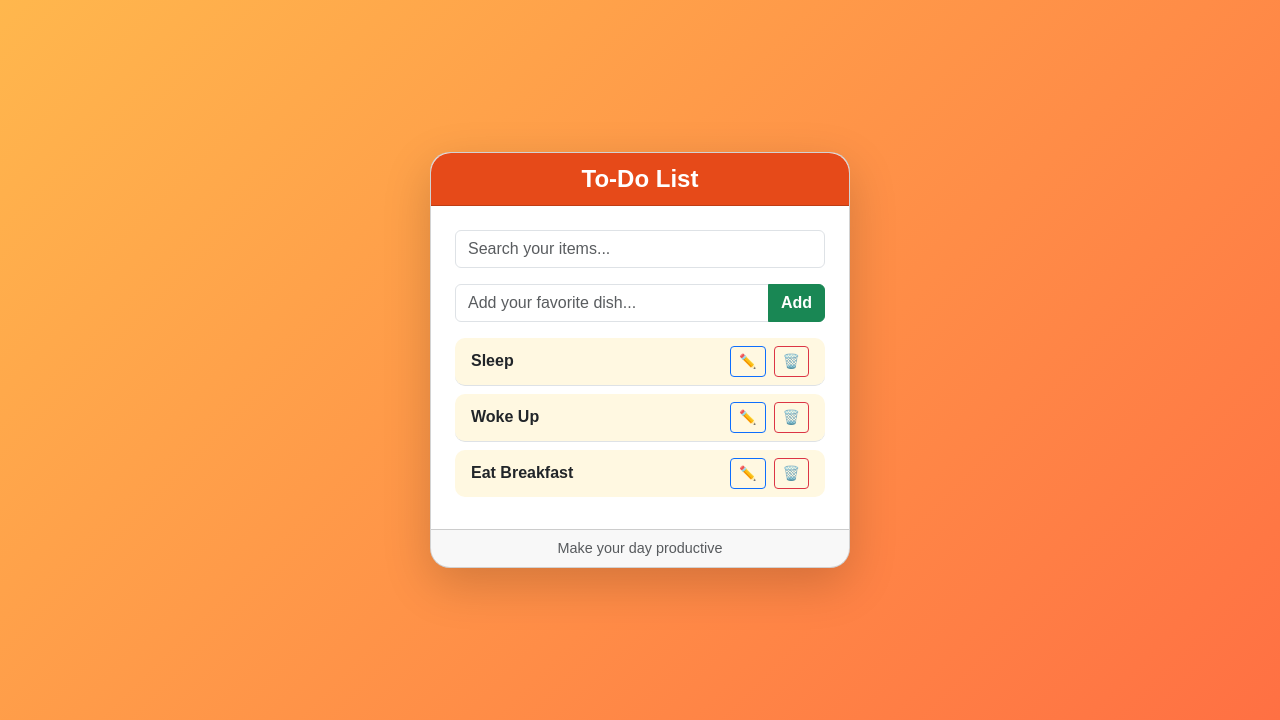
Repository: Dredphoenix/react-todo-app
Page: /
An editor plug-in stored every save of this project. The page is shown before and after a run of saves, followed by the edit.
The browser window is 1280 px wide. The pictures show the whole page.
The project was rebuilt for these pictures with package versions that can differ from the ones it lists, and the page was loaded fresh each time. Also part of the build but not shown: vite.config.js.

Above is the page before, as saved 2025-09-29 09:45:36.

After the next 2 saves:
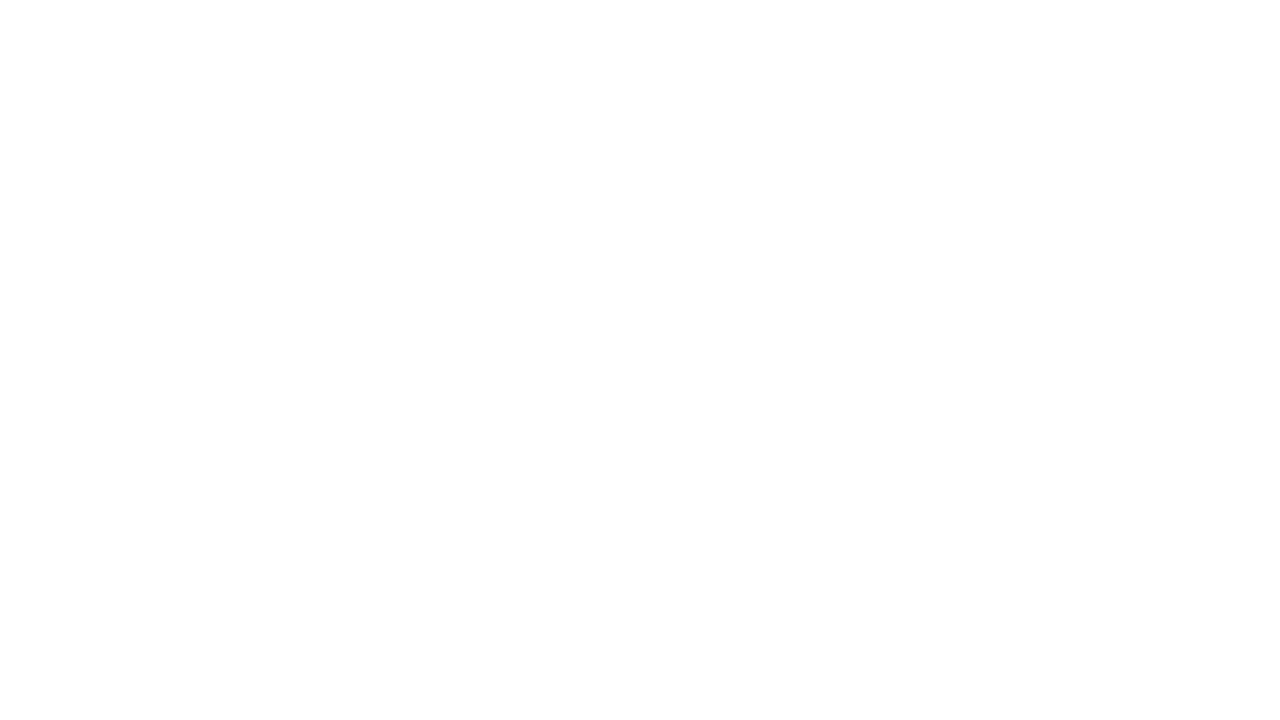
Console error: ReferenceError: compo is not defined
The 2 saves are shown as one change because they came seconds apart.
The last was saved 44 s later.
--- a/src/pages/Home.jsx
+++ b/src/pages/Home.jsx
@@ -61,7 +61,7 @@
   };
 
 
-
+compo
 
 
 

After the save that followed:
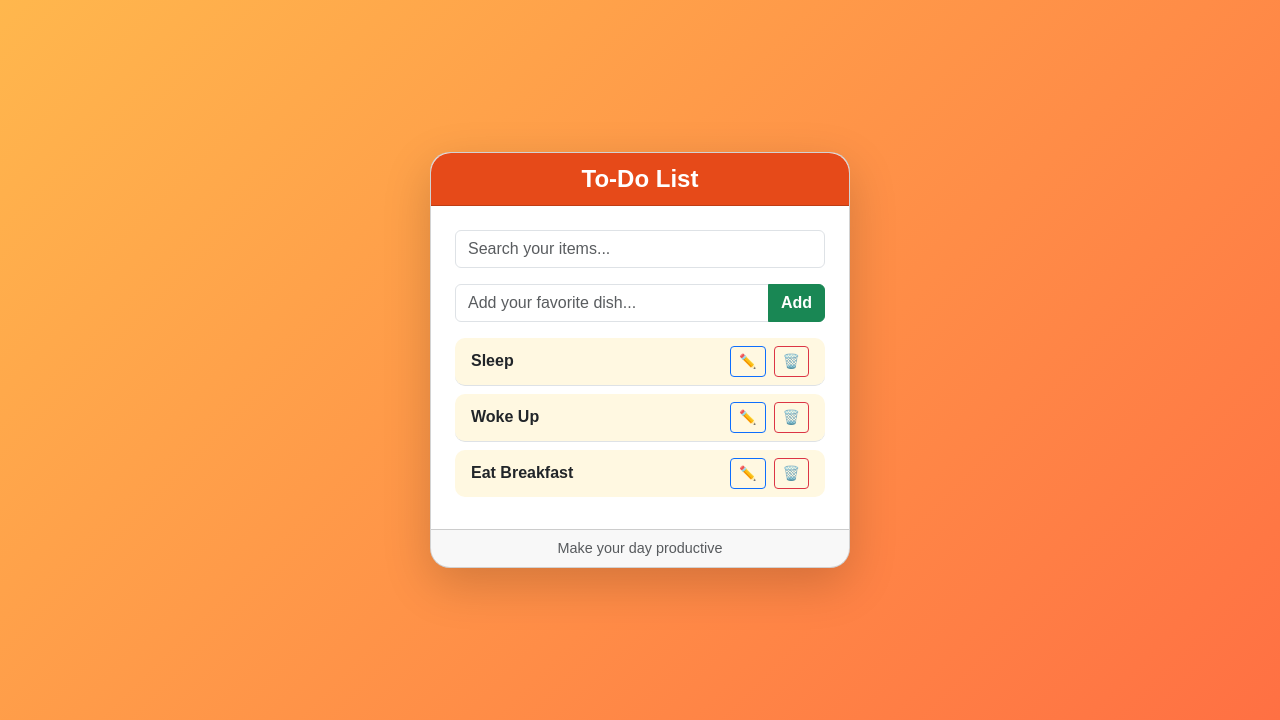
The error is gone.
Saved 6 s later.
--- a/src/pages/Home.jsx
+++ b/src/pages/Home.jsx
@@ -1,4 +1,4 @@
-import React, { useState } from "react";
+import React, { Component, useState } from "react";
 import "bootstrap/dist/css/bootstrap.min.css";
 import axios from "axios";
 
@@ -61,7 +61,7 @@
   };
 
 
-compo
+Component
 
 
 
